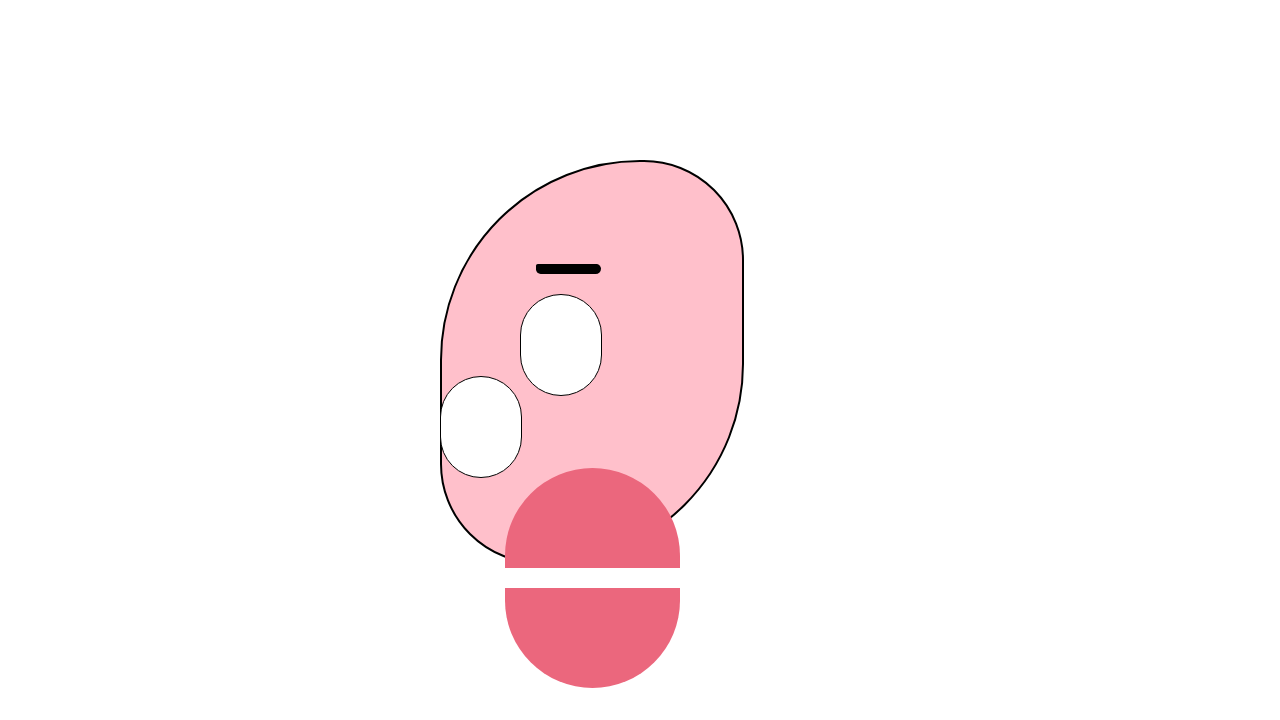
Repository: rodwestmoreland/1150
Page: cssCritter/index.html
The author's editor kept a copy of each file at every save. The page is drawn from the files as they stood at one save, then again after the next save.
The browser window is 1280 px wide. The pictures show the whole page.

Above is the page before, as saved 2021-01-25 20:23:50.

### cssCritter/index.html
<!DOCTYPE html>
<html lang="en">
<head>
    <meta charset="UTF-8">
    <meta name="viewport" content="width=device-width, initial-scale=1.0">
    <link rel="stylesheet" href="style.css">
    <title>Welcome to SD 761</title>
</head>
<body>
    <div class="wrapper">
        <div class="object">  <div class="face"></div>
        <div class="left-eyebrow"></div>
          <div class="left-eye"></div>
          <div class="right-eye"></div>
          <div class="mouth"></div>
      </div>

</body>
</html>

### cssCritter/style.css
.wrapper{
    position: absolute;
     top: 50%;
   margin-top:-200px;
     left: 50%;
   margin: -200px 0 0 -200px;
 }

 .face{
   width: 300px;
   height: 400px;
   border: solid 2px #000;
   background-color: pink;
   border-radius: 200px 100px;
   z-index: -1;
 }


 .left-eye{
   width: 80px;
   height: 100px;
   border: solid 1px #000;
   background-color: #fff;
   border-radius: 90px;
   margin-top: 20px;
   margin-left: 5em;
   z-index: 10;
 }
 .right-eye{
    width: 80px;
    height: 100px;
    border: solid 1px #000;
    background-color: #fff;
    border-radius: 90px;
    margin-top: -20px;


  }

 .left-eyebrow{
   width: 65px;
   height: 10px;
   background-color: #000;
   top: 50%;
   margin-top: -300px;
   margin-left: 6em;
   border-radius: 30px 80px 90px;
   z-index: 1;
 }


  .right-eyebrow{
    width: 65px;
    height: 10px;
    background-color: #000;
    top: 50%;
    margin-top: -300px;
    margin-left: 16em;
    border-radius: 30px 80px 90px;
    z-index: 1;
  }
 .mouth{
    border-top: none;

    border-top: 100px solid rgb(235, 103, 125);
    -webkit-border-radius: 50px;

    border-bottom: 100px solid rgb(235, 103, 125);
    -webkit-border-radius: 100px;
    border-radius: 100px;
    height: 20px;
    width: 175px;
    margin: -10px auto 0;

 }

After the next save:
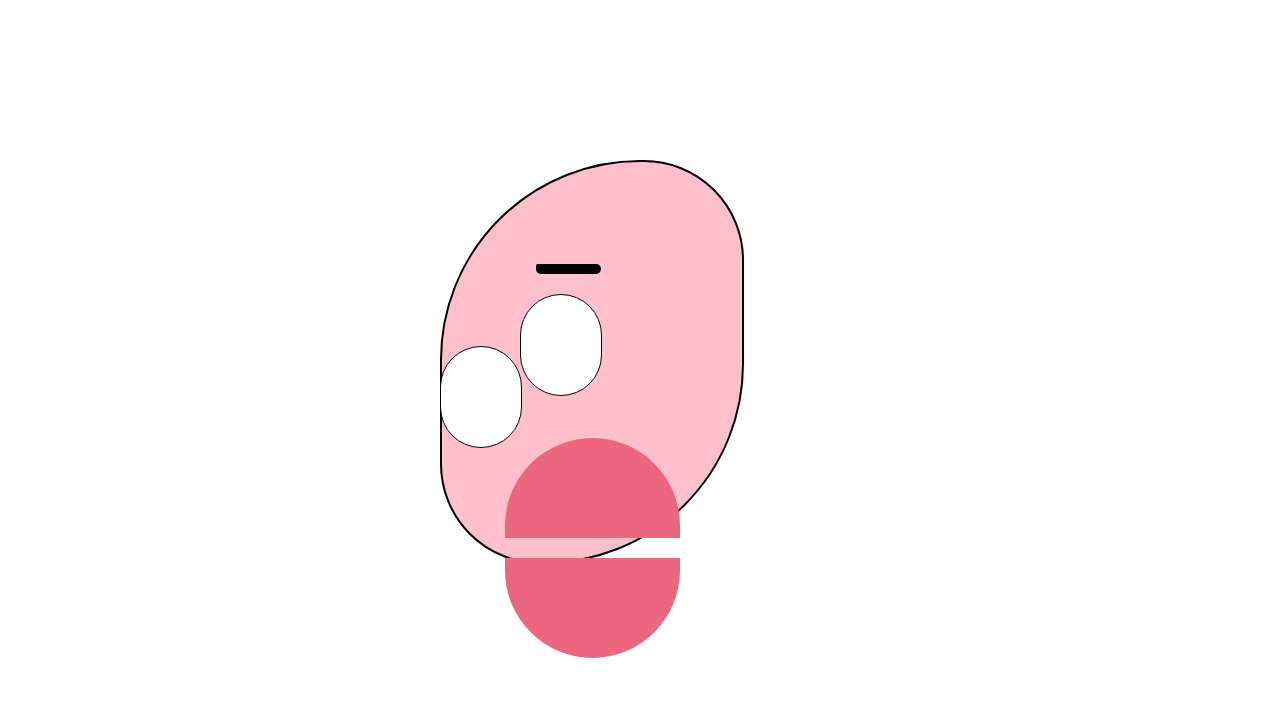
Saved 10 s later.
--- a/cssCritter/style.css
+++ b/cssCritter/style.css
@@ -32,7 +32,7 @@
     border: solid 1px #000;
     background-color: #fff;
     border-radius: 90px;
-    margin-top: -20px;
+    margin-top: -50px;
 
 
   }
